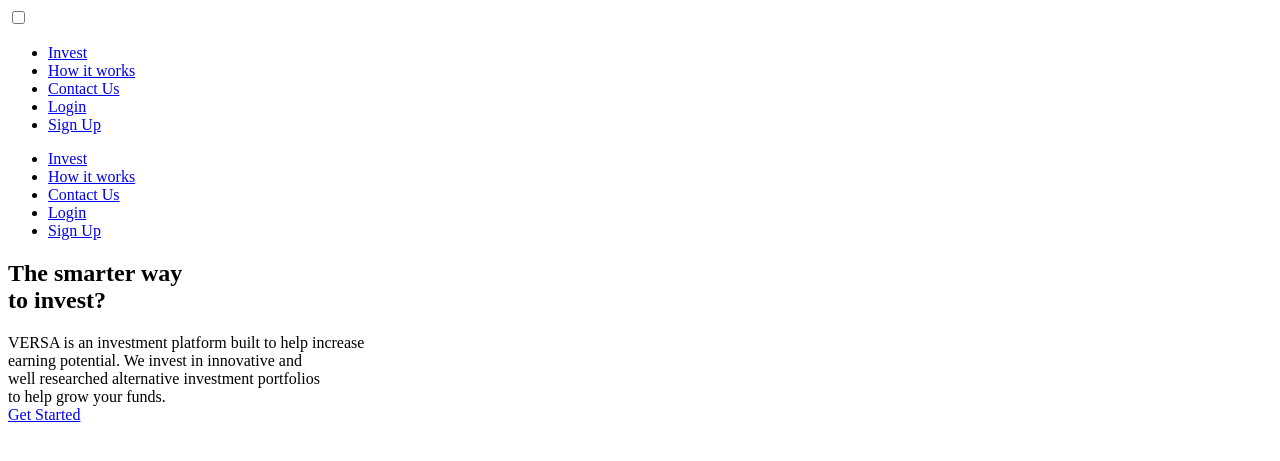
Repository: idmcalculus/VersaNg
Page: / (app in versang/)
The author's editor kept a copy of each file at every save. The page is drawn from the files as they stood at one save, then again after the next save.
The browser window is 1280 px wide. The pictures show the whole page.
The project was rebuilt for these pictures with package versions that can differ from the ones it lists, and the page was loaded fresh each time. Also part of the build but not shown: versang/angular.json.

Above is the page before, as saved 2020-02-05 20:08:08.

After the next save:
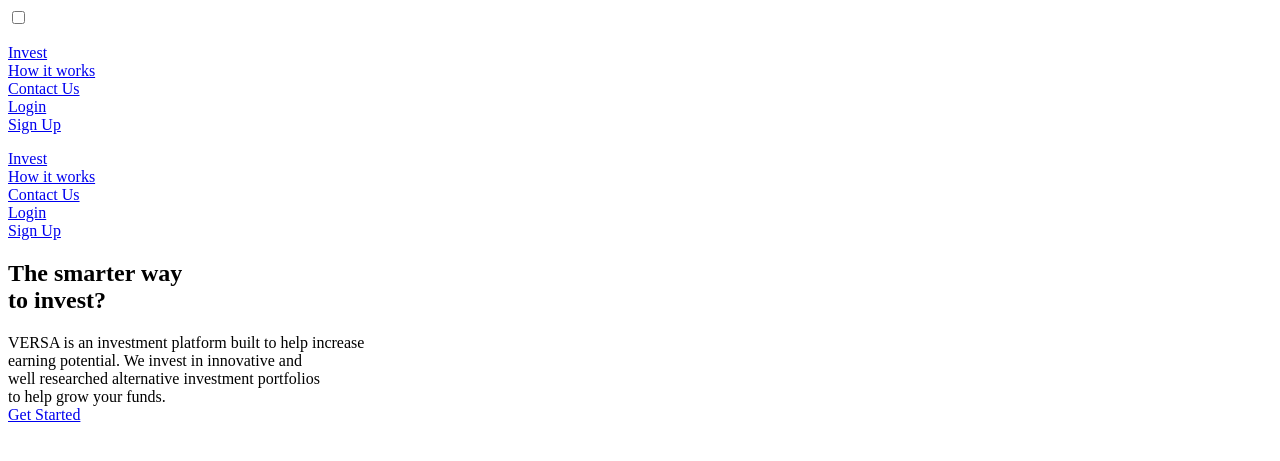
Saved 37 s later.
--- a/versang/src/app/header/header.component.css
+++ b/versang/src/app/header/header.component.css
@@ -5,3 +5,9 @@
   font-family: open sans, sans-serif;
   /*background-image: linear-gradient(rgba(255, 255, 255, 0.7) 240px, #f2f7fb 0%)*/
 }
+
+ul {
+  padding-left: 0;
+  list-style-type: none;
+  margin-bottom: 0
+}
